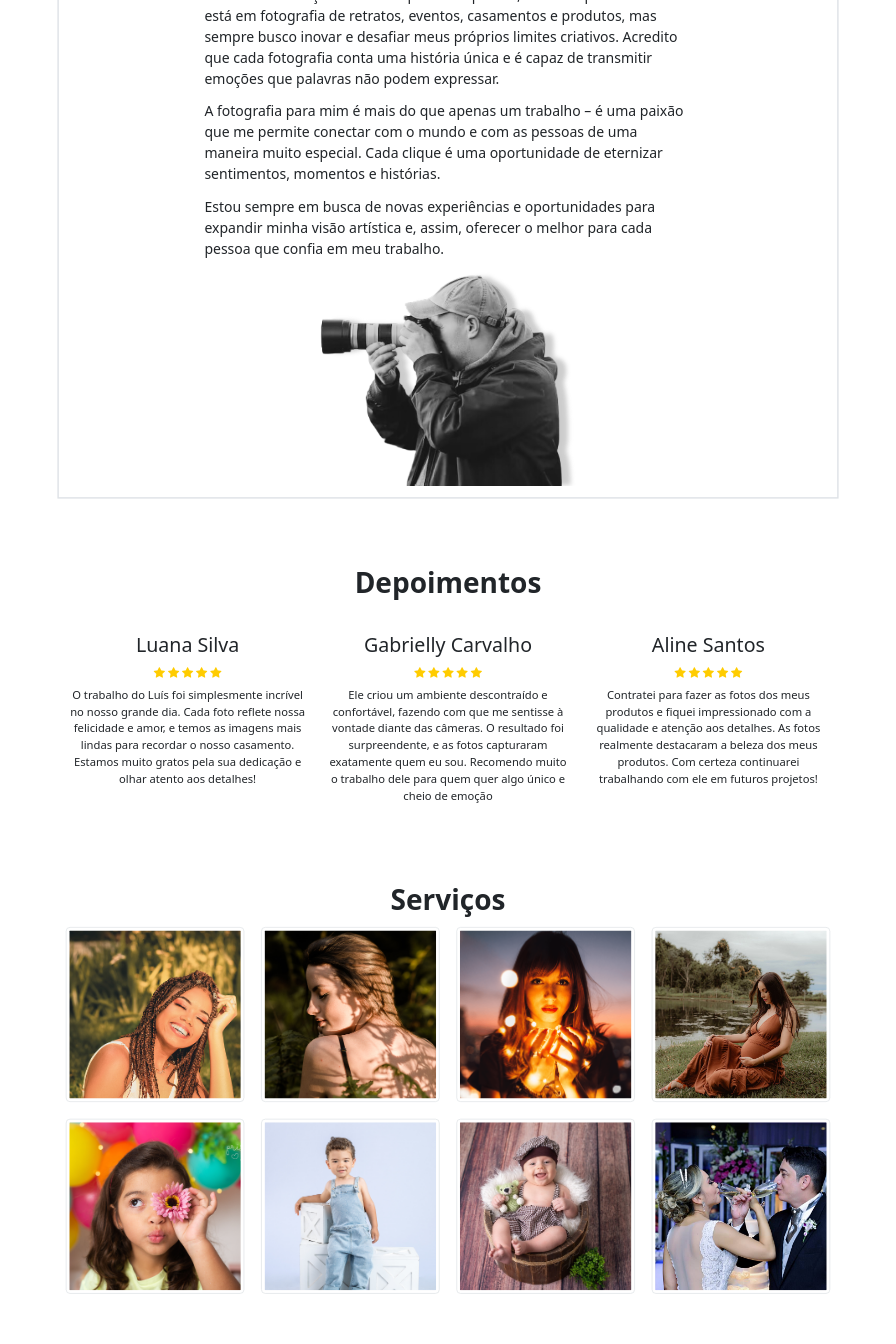
Repository: Marinalr-25/portifolio-fotografia
Page: index.html
The author's editor kept a copy of each file at every save. The page is drawn from the files as they stood at one save, then again after the next save.
The browser window is 1280 px wide. The pictures show the part of the page from y = 1616 to 3536 px (the page is 3536 px tall), at 70% of full size.
A picture or video elsewhere on the page could not be fetched, so the positions and the page height are approximate.

Above is the page before, as saved 2025-01-19 22:27:57.

### index.html
<!DOCTYPE html>
<html lang="pt-BR" data-bs-theme="dark">
  <head>
    <meta charset="utf-8" />
    <meta name="viewport" content="width=device-width, initial-scale=1" />
    <title>Portifolio Fotográfia</title>
    <link
      href="https://cdn.jsdelivr.net/npm/bootstrap@5.3.3/dist/css/bootstrap.min.css"
      rel="stylesheet"
      integrity="sha384-QWTKZyjpPEjISv5WaRU9OFeRpok6YctnYmDr5pNlyT2bRjXh0JMhjY6hW+ALEwIH"
      crossorigin="anonymous"
    />
    <!-- Bootstrap Icons -->
    <link
      href="https://cdn.jsdelivr.net/npm/bootstrap-icons/font/bootstrap-icons.css"
      rel="stylesheet"
    />
    <link rel="stylesheet" href="css/style.css" />
  </head>
  <body>
    <!-- Header -->
    <div class="container">
      <header
        class="d-flex flex-wrap justify-content-center py-3 mb-4 border-bottom fixed-top header header-light"
      >
        <a
          href="/"
          class="d-flex align-items-center mb-3 mb-md-0 me-md-auto link-body-emphasis text-decoration-none"
        >
          <svg
            xmlns="http://www.w3.org/2000/svg"
            width="40"
            height="32"
            class="d-block m-4 my-1 m"
            viewBox="0 0 118 94"
            role="img"
          >
            <title>Bootstrap</title>
            <path
              fill-rule="evenodd"
              clip-rule="evenodd"
              d="M24.509 0c-6.733 0-11.715 5.893-11.492 12.284.214 6.14-.064 14.092-2.066 20.577C8.943 39.365 5.547 43.485 0 44.014v5.972c5.547.529 8.943 4.649 10.951 11.153 2.002 6.485 2.28 14.437 2.066 20.577C12.794 88.106 17.776 94 24.51 94H93.5c6.733 0 11.714-5.893 11.491-12.284-.214-6.14.064-14.092 2.066-20.577 2.009-6.504 5.396-10.624 10.943-11.153v-5.972c-5.547-.529-8.934-4.649-10.943-11.153-2.002-6.484-2.28-14.437-2.066-20.577C105.214 5.894 100.233 0 93.5 0H24.508zM80 57.863C80 66.663 73.436 72 62.543 72H44a2 2 0 01-2-2V24a2 2 0 012-2h18.437c9.083 0 15.044 4.92 15.044 12.474 0 5.302-4.01 10.049-9.119 10.88v.277C75.317 46.394 80 51.21 80 57.863zM60.521 28.34H49.948v14.934h8.905c6.884 0 10.68-2.772 10.68-7.727 0-4.643-3.264-7.207-9.012-7.207zM49.948 49.2v16.458H60.91c7.167 0 10.964-2.876 10.964-8.281 0-5.406-3.903-8.178-11.425-8.178H49.948z"
              fill="currentColor"
            ></path>
          </svg>
          <span class="fs-4">Fotográfo Bootstrap</span>
        </a>

        <ul class="nav nav-pills">
          <li class="nav-item">
            <a href="#home" class="nav-link active" aria-current="page">Home</a>
          </li>
          <li class="nav-item">
            <a href="#galeria" class="nav-link">Galeria</a>
          </li>
          <li class="nav-item">
            <a href="#sobre" class="nav-link">Sobre mim</a>
          </li>
          <li class="nav-item">
            <a href="#clientes" class="nav-link">Depoimentos</a>
          </li>
          <li class="nav-item">
            <a href="#servicos" class="nav-link">Serviços</a>
          </li>
          <li class="nav-item">
            <a href="#contato" class="nav-link">Contato</a>
          </li>
          <button id="toggleThemeBtn" class="btn btn-light me-3">
            <i id="themeIcon" class="bi bi-brightness-high"></i>
          </button>
        </ul>
      </header>
    </div>

    <!-- Hero -->
    <div id="home" class="container col-xxl-8 px-4 py-5">
      <div class="row flex-lg-row-reverse align-items-center g-5 py-5">
        <div class="col-10 col-sm-8 col-lg-6">
          <img
            src="src/fotografiaHero.jpg"
            class="d-block mx-lg-auto img-thumbnail img-hero"
            alt="Bootstrap Themes"
            width="700"
            height="500"
            loading="lazy"
          />
        </div>
        <div class="col-lg-6">
          <h1 class="fw-bold text-body-emphasis lh-1 mb-3">
            Capturando Momentos, Criando Memórias
          </h1>
          <p class="lead">
            Com uma abordagem única e criativa, busco capturar a essência de
            cada cena e emoção. Meu trabalho é uma mistura de técnica, paixão e
            sensibilidade. Através da minha lente, tento criar imagens que falam
            por si mesmas.
          </p>
          <div class="d-grid gap-2 d-md-flex justify-content-md-start">
            <button type="button" class="btn btn-primary btn-lg px-4 me-md-2">
              Veja meu trabalho
            </button>
            <button type="button" class="btn btn-outline-secondary btn-lg px-4">
              Entre em Contato
            </button>
          </div>
        </div>
      </div>
    </div>

    <!-- Galeria -->
    <div id="galeria" class="container col-xxl-8 px-4 py-5 p-4 text-center">
      <h1 class="fw-bold mb-3">Galeria</h1>
      <div class="row g-3 mb-4">
        <div class="col-lg-4 col-12">
          <div class="card p-3 mb-2">
            <img
              src="src/casamento.webp"
              class="card-img-top"
              alt="ensaio fotografico de casamento"
            />
            <div class="card-body">
              <h5 class="card-title">Ensaio de Casamento</h5>
              <p class="card-text">
                Capturando cada momento especial e emoção do seu grande dia,
                criando memórias que durarão para sempre.
              </p>
            </div>
          </div>
        </div>
        <div class="col-lg-4 col-12">
          <div class="card p-3 mb-2">
            <img
              src="src/ensaiofotografico.jpeg"
              class="card-img-top"
              alt="ensaio fotografico de uma mulher"
            />
            <div class="card-body">
              <h5 class="card-title">Ensaio Fotográfico Feminino</h5>
              <p class="card-text">
                Explorando a beleza e a essência única em cada retrato, com um
                toque artístico e elegante.
              </p>
            </div>
          </div>
        </div>
        <div class="col-lg-4 col-12">
          <div class="card p-3 mb-2">
            <img
              src="src/maquiagem.jpg"
              class="card-img-top"
              alt="ensaio fotografico de produto (maquiagem)"
            />
            <div class="card-body">
              <h5 class="card-title">Fotografia de Produto - Maquiagem</h5>
              <p class="card-text">
                Realçando detalhes e cores vibrantes, perfeita para destacar a
                qualidade dos seus produtos de beleza.
              </p>
            </div>
          </div>
        </div>
      </div>
      <button type="button" class="btn btn-primary btn-lg px-4 me-md-2">
        Ver mais
      </button>
    </div>

    <!-- Sobre mim -->
    <div id="sobre" class="container px-4 py-5">
      <div class="row justify-content-center align-items-center">
        <h1 class="fw-bold mb-3 text-center">Sobre Mim</h1>
        <div
          class="row p-3 border border-2 d-flex justify-content-center align-items-center"
        >
          <div class="col-lg-8 pe-3">
            <p class="lead">
              Olá! Meu nome é Luís, sou fotógrafo apaixonado por capturar a
              beleza do mundo e das pessoas através da minha lente. Desde jovem,
              sempre tive uma afinidade pela arte visual, o que me levou a
              explorar a fotografia como uma forma de expressão.
            </p>
            <p class="lead">
              Com uma formação sólida e experiência prática, minha especialidade
              está em fotografia de retratos, eventos, casamentos e produtos,
              mas sempre busco inovar e desafiar meus próprios limites
              criativos. Acredito que cada fotografia conta uma história única e
              é capaz de transmitir emoções que palavras não podem expressar.
            </p>
            <p class="lead">
              A fotografia para mim é mais do que apenas um trabalho – é uma
              paixão que me permite conectar com o mundo e com as pessoas de uma
              maneira muito especial. Cada clique é uma oportunidade de
              eternizar sentimentos, momentos e histórias.
            </p>
            <p class="lead">
              Estou sempre em busca de novas experiências e oportunidades para
              expandir minha visão artística e, assim, oferecer o melhor para
              cada pessoa que confia em meu trabalho.
            </p>
          </div>
          <div class="fotografo"></div>
        </div>
      </div>
    </div>

    <!-- Clientes -->
    <div id="clientes" class="container col-xxl-8 px-4 py-5">
      <div class="col mx-auto">
        <h1 class="fw-bold text-center mb-5">Depoimentos</h1>
        <div class="row">
          <div class="col-lg-4 text-center">
            <h3>Luana Silva</h3>
            <div class="mb-2">
              <i class="bi bi-star-fill estrela"></i>
              <i class="bi bi-star-fill estrela"></i>
              <i class="bi bi-star-fill estrela"></i>
              <i class="bi bi-star-fill estrela"></i>
              <i class="bi bi-star-fill estrela"></i>
            </div>

            <p>
              O trabalho do Luís foi simplesmente incrível no nosso grande dia.
              Cada foto reflete nossa felicidade e amor, e temos as imagens mais
              lindas para recordar o nosso casamento. Estamos muito gratos pela
              sua dedicação e olhar atento aos detalhes!
            </p>
          </div>
          <div class="col-lg-4 text-center">
            <h3>Gabrielly Carvalho</h3>
            <div class="mb-2">
              <i class="bi bi-star-fill estrela"></i>
              <i class="bi bi-star-fill estrela"></i>
              <i class="bi bi-star-fill estrela"></i>
              <i class="bi bi-star-fill estrela"></i>
              <i class="bi bi-star-fill estrela"></i>
            </div>
            <p>
              Ele criou um ambiente descontraído e confortável, fazendo com que
              me sentisse à vontade diante das câmeras. O resultado foi
              surpreendente, e as fotos capturaram exatamente quem eu sou.
              Recomendo muito o trabalho dele para quem quer algo único e cheio
              de emoção
            </p>
          </div>
          <div class="col-lg-4 text-center">
            <h3>Aline Santos</h3>
            <div class="mb-2">
              <i class="bi bi-star-fill estrela"></i>
              <i class="bi bi-star-fill estrela"></i>
              <i class="bi bi-star-fill estrela"></i>
              <i class="bi bi-star-fill estrela"></i>
              <i class="bi bi-star-fill estrela"></i>
            </div>
            <p>
              Contratei para fazer as fotos dos meus produtos e fiquei
              impressionado com a qualidade e atenção aos detalhes. As fotos
              realmente destacaram a beleza dos meus produtos. Com certeza
              continuarei trabalhando com ele em futuros projetos!
            </p>
          </div>
        </div>
      </div>
    </div>

    <!-- Serviços -->
    <div id="servicos" class="container text-center col-xxl-8 px-4 py-5">
      <h1 class="fw-bold mb-3">Serviços</h1>
      <div class="row">
        <div class="col-sm-6 col-md-4 col-lg-3 text-center mb-4">
          <img
            class="ensaio object-fit-cover img-thumbnail"
            src="src/galeria-ensaio1.jpg"
            alt="ensaio 1"
          />
        </div>
        <div class="caixa col-sm-6 col-md-4 col-lg-3 mb-4">
          <img
            class="ensaio object-fit-cover img-thumbnail"
            src="src/galeria-ensaio2.jpg"
            alt="ensaio 1"
          />
        </div>
        <div class="col-sm-6 col-md-4 col-lg-3 mb-4">
          <img
            class="ensaio object-fit-cover border rounded img-thumbnail"
            src="src/galeria-ensaio3.jpg"
            alt="ensaio 1"
          />
        </div>
        <div class="col-sm-6 col-md-4 col-lg-3 mb-4">
          <img
            class="ensaio object-fit-cover img-thumbnail"
            src="src/galeria-ensaio4.jpg"
            alt="ensaio 1"
          />
        </div>
        <div class="col-sm-6 col-md-4 col-lg-3 mb-4">
          <img
            class="ensaio object-fit-cover img-thumbnail"
            src="src/galeria-ensaio5.jpg"
            alt="ensaio 1"
          />
        </div>
        <div class="col-sm-6 col-md-4 col-lg-3 mb-4">
          <img
            class="ensaio menino object-fit-cover img-thumbnail"
            src="src/galeria-ensaio6.jpg"
            alt="ensaio 1"
          />
        </div>
        <div class="col-sm-6 col-md-4 col-lg-3 mb-4">
          <img
            class="ensaio object-fit-cover img-thumbnail"
            src="src/galeria-ensaio7.jpg"
            alt="ensaio 1"
          />
        </div>
        <div class="col-sm-6 col-md-4 col-lg-3 mb-4">
          <img
            class="ensaio object-fit-cover img-thumbnail"
            src="src/galeria-ensaio8.jpeg"
            alt="ensaio 1"
          />
        </div>
      </div>
    </div>

    <script
      src="https://cdn.jsdelivr.net/npm/@popperjs/core@2.11.8/dist/umd/popper.min.js"
      integrity="sha384-I7E8VVD/ismYTF4hNIPjVp/Zjvgyol6VFvRkX/vR+Vc4jQkC+hVqc2pM8ODewa9r"
      crossorigin="anonymous"
    ></script>
    <script
      src="https://cdn.jsdelivr.net/npm/bootstrap@5.3.3/dist/js/bootstrap.min.js"
      integrity="sha384-0pUGZvbkm6XF6gxjEnlmuGrJXVbNuzT9qBBavbLwCsOGabYfZo0T0to5eqruptLy"
      crossorigin="anonymous"
    ></script>
    <script src="js/script.js"></script>
  </body>
</html>

### css/style.css
/* Style Bootstrap */

.bd-placeholder-img {
  font-size: 1.125rem;
  text-anchor: middle;
  -webkit-user-select: none;
  -moz-user-select: none;
  user-select: none;
}

@media (min-width: 768px) {
  .bd-placeholder-img-lg {
    font-size: 3.5rem;
  }
}

.b-example-divider {
  width: 100%;
  height: 3rem;
  background-color: rgba(0, 0, 0, 0.1);
  border: solid rgba(0, 0, 0, 0.15);
  border-width: 1px 0;
  box-shadow: inset 0 0.5em 1.5em rgba(0, 0, 0, 0.1),
    inset 0 0.125em 0.5em rgba(0, 0, 0, 0.15);
}

.b-example-vr {
  flex-shrink: 0;
  width: 1.5rem;
  height: 100vh;
}

.bi {
  vertical-align: -0.125em;
  fill: currentColor;
}

.nav-scroller {
  position: relative;
  z-index: 2;
  height: 2.75rem;
  overflow-y: hidden;
}

.nav-scroller .nav {
  display: flex;
  flex-wrap: nowrap;
  padding-bottom: 1rem;
  margin-top: -1px;
  overflow-x: auto;
  text-align: center;
  white-space: nowrap;
  -webkit-overflow-scrolling: touch;
}

.btn-bd-primary {
  --bd-violet-bg: #712cf9;
  --bd-violet-rgb: 112.520718, 44.062154, 249.437846;

  --bs-btn-font-weight: 600;
  --bs-btn-color: var(--bs-white);
  --bs-btn-bg: var(--bd-violet-bg);
  --bs-btn-border-color: var(--bd-violet-bg);
  --bs-btn-hover-color: var(--bs-white);
  --bs-btn-hover-bg: #6528e0;
  --bs-btn-hover-border-color: #6528e0;
  --bs-btn-focus-shadow-rgb: var(--bd-violet-rgb);
  --bs-btn-active-color: var(--bs-btn-hover-color);
  --bs-btn-active-bg: #5a23c8;
  --bs-btn-active-border-color: #5a23c8;
}

.bd-mode-toggle {
  z-index: 1500;
}

.bd-mode-toggle .dropdown-menu .active .bi {
  display: block !important;
}

/* CSS próprio */
#galeria,
#sobre,
#clientes {
  scroll-margin-top: 50px;
}
/* Header */
.header-light {
  background-color: #fff;
  color: #000;
}

.header-dark {
  background-color: #212529;
  color: #fff;
}

/* Hero */
.img-hero {
  width: 1000px;
}

/* Galeria */
.card-img-top {
  width: 100%;
  height: 300px;
  object-fit: cover;
}

.card {
  height: 502px;
}

/* sobre mim */
.fotografo {
  background-image: url(/src/fotografosombracortada.png);
  background-position: center;
  background-repeat: no-repeat;
  background-size: contain;
  width: 364px;
  height: 308px;
}

/* Clientes */
.estrela {
  color: #ffcc00;
}

/* Servicos */
.ensaio {
  width: 100%;
  height: 250px;
}

.menino {
  object-position: center;
}

### js/script.js
const toggleThemeBtn = document.getElementById('toggleThemeBtn');
const themeIcon = document.getElementById('themeIcon');
const header = document.querySelector('.header');
const body = document.body;

// Função para definir o ícone, tema e a classe do botão ao carregar a página
function setInitialTheme() {
  if (body.getAttribute('data-bs-theme') === 'dark') {
    themeIcon.classList.remove('bi-brightness-high');
    themeIcon.classList.add('bi-moon-stars-fill');
    toggleThemeBtn.classList.remove('btn-light');
    toggleThemeBtn.classList.add('btn-dark');
  } else {
    body.setAttribute('data-bs-theme', 'light');
    themeIcon.classList.remove('bi-moon-stars-fill');
    themeIcon.classList.add('bi-brightness-high');
    toggleThemeBtn.classList.remove('btn-dark');
    toggleThemeBtn.classList.add('btn-light');
  }
}

// Definir o tema inicial ao carregar
setInitialTheme();

toggleThemeBtn.addEventListener('click', () => {
  if (body.getAttribute('data-bs-theme') === 'dark') {
    body.setAttribute('data-bs-theme', 'light');
    themeIcon.classList.remove('bi-moon-stars-fill');
    themeIcon.classList.add('bi-brightness-high');
    header.classList.remove('header-dark');
    header.classList.add('header-light');
    toggleThemeBtn.classList.remove('btn-dark');
    toggleThemeBtn.classList.add('btn-light');
  } else {
    body.setAttribute('data-bs-theme', 'dark');
    themeIcon.classList.remove('bi-brightness-high');
    themeIcon.classList.add('bi-moon-stars-fill');
    header.classList.remove('header-light');
    header.classList.add('header-dark');
    toggleThemeBtn.classList.remove('btn-light');
    toggleThemeBtn.classList.add('btn-dark');
  }
});

After the next save:
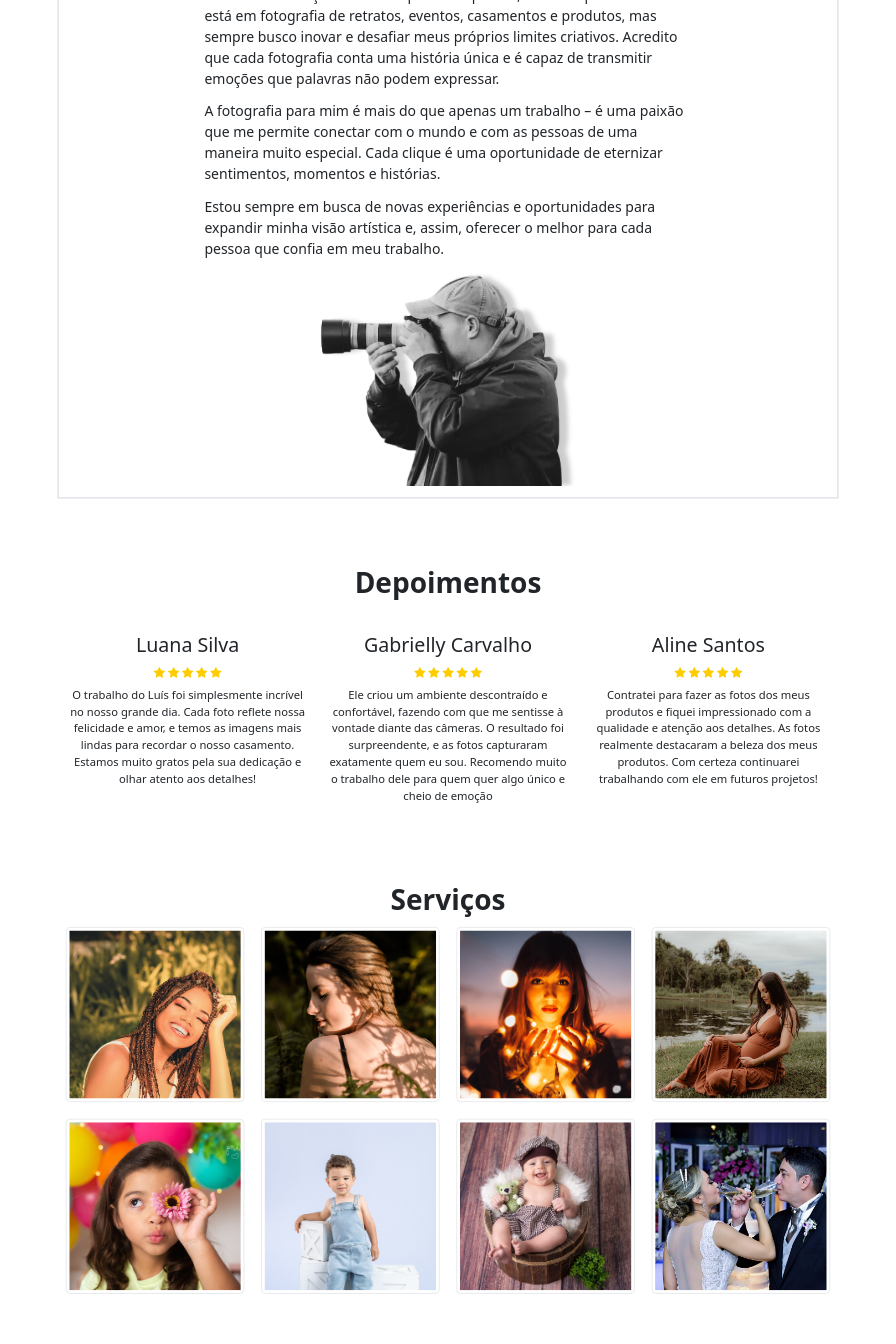
Saved 41 s later.
--- a/css/style.css
+++ b/css/style.css
@@ -133,5 +133,5 @@
 }
 
 .menino {
-  object-position: center;
+  object-position: 50% 30%;
 }
